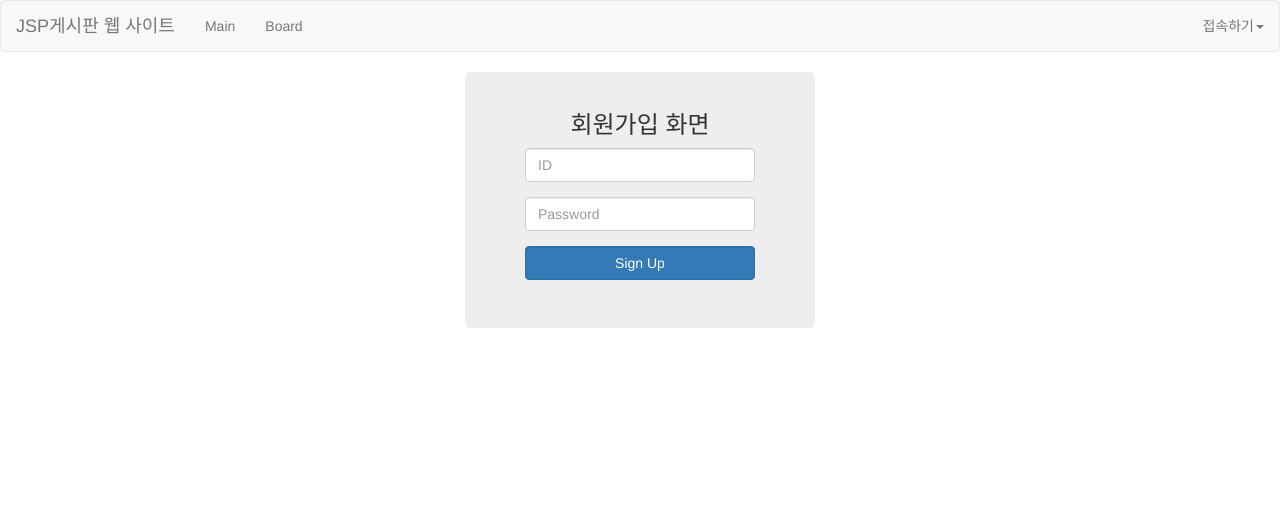
Repository: kwonsye/JSP_Board
Page: http://localhost/BBS/join.jsp
The author's editor kept a copy of each file at every save. The page is drawn from the files as they stood at one save, then again after the next save.
The browser window is 1280 px wide. The pictures show the whole page.
Some web libraries are served in a nearby version. The page is served by Tomcat 9.

Above is the page before, as saved 2019-01-03 13:53:44.

After the next save:
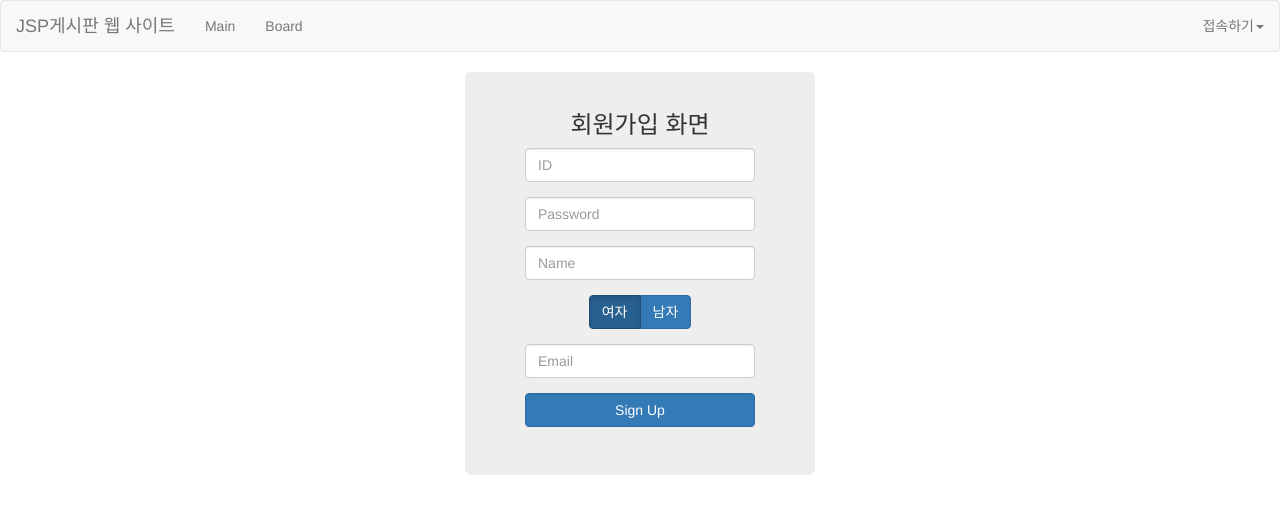
Saved 11 min 48 s later.
--- a/projects/BBS/WebContent/join.jsp
+++ b/projects/BBS/WebContent/join.jsp
@@ -46,17 +46,39 @@
 	<div class="container">
 		<div class="col-lg-4"></div>
 		<div class="col-lg-4">
-		<!-- 로그인 박스 -->
+		<!-- 회원가입 박스 -->
 			<div class="jumbotron" style="padding-top:20px;">
 				<form method="post" action="loginAction.jsp"><!--submit을 누르면 loginAction.jsp로 입력한 내용을 보낸다 -->
 					<h3 style="text-align:center;">회원가입 화면</h3>
 					<!-- 입력받는 폼-->
+					<!-- 아이디 -->
 					<div class="form-group">
 						<input type="text" class="form-control" placeholder="ID" name="userID" maxlength="20">
 					</div>
+					<!-- 비밀번호 -->
 					<div class="form-group">
 						<input type="password" class="form-control" placeholder="Password" name="userPassword" maxlength="20">
 					</div>
+					<!-- 이름 -->
+					<div class="form-group">
+						<input type="text" class="form-control" placeholder="Name" name="userName" maxlength="20">
+					</div>
+					<!-- 성별(라디오버튼) -->
+					<div class="form-group" style="text-align: center;">
+						<div class="btn-group" data-toggle="buttons">
+							<label class="btn btn-primary active">
+								<input type="radio" name="userGender" autocomplete="off" value="여자" checked>여자
+							</label>
+							<label class="btn btn-primary">
+								<input type="radio" name="userGender" autocomplete="off" value="남자" checked>남자
+							</label>
+						</div>
+					</div>
+					<!-- 이메일 -->
+					<div class="form-group">
+						<input type="email" class="form-control" placeholder="Email" name="userEmail" maxlength="50">
+					</div>
+					<!-- 회원가입 버튼 -->
 					<input type="submit" class="btn btn-primary form-control" value="Sign Up">
 				</form>
 			</div>
